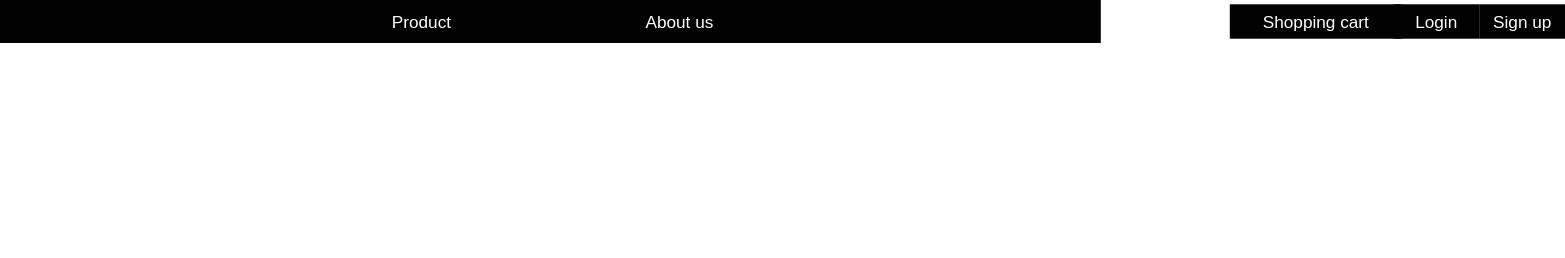
Repository: AXNTROYUANXD/E-Commerce-Website
Page: http://localhost/jspServlet/
An editor plug-in stored every save of this project. The page is shown before and after the next save, followed by the edit.
The browser window is 1280 px wide. The page is 1820 px wide, so the pictures cover 1820 px, including what lies to the right of the window. The pictures show the whole page, at 86% of full size.
The page is served by Tomcat 9.

Above is the page before, as saved 2020-07-01 09:26:37.

After the next save:
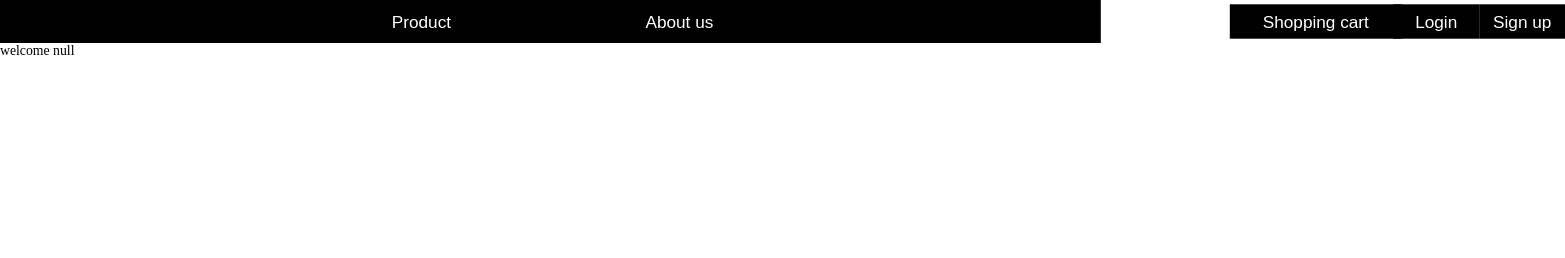
Saved 102 s later.
--- a/D&B2 BACKEND Oct 21 FINAL/BACKEND/jspServlet/WebRoot/homepage.jsp
+++ b/D&B2 BACKEND Oct 21 FINAL/BACKEND/jspServlet/WebRoot/homepage.jsp
@@ -92,11 +92,9 @@
 	<a href="shoppingcart.jsp">
 	<button class="button5">Shopping cart</button>
 	</a>
-
-	<% String username = (String)session.getAttribute("username"); %>
+		</header>
+		<% String username = (String)session.getAttribute("username"); %>
 	   welcome <%= username %>
-
-		</header>
 	    <form action="" class="parent">
 </form>
 </body>

After the save that followed:
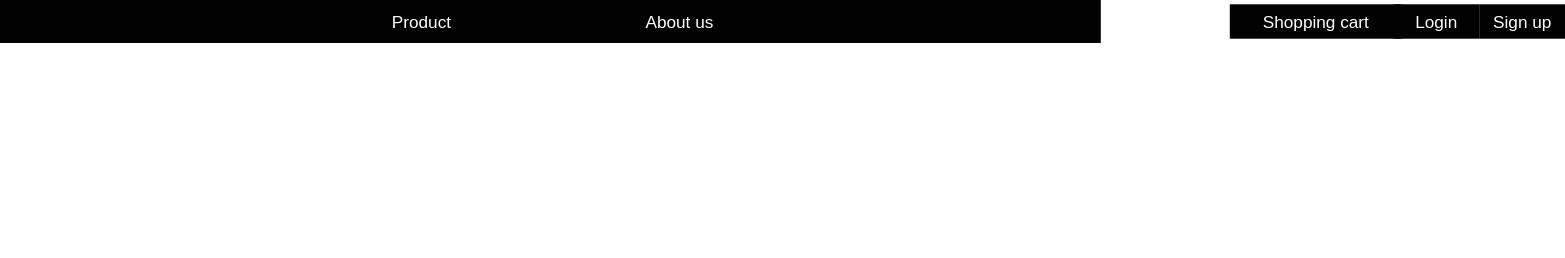
Saved 111 s later.
--- a/D&B2 BACKEND Oct 21 FINAL/BACKEND/jspServlet/WebRoot/homepage.jsp
+++ b/D&B2 BACKEND Oct 21 FINAL/BACKEND/jspServlet/WebRoot/homepage.jsp
@@ -93,8 +93,6 @@
 	<button class="button5">Shopping cart</button>
 	</a>
 		</header>
-		<% String username = (String)session.getAttribute("username"); %>
-	   welcome <%= username %>
 	    <form action="" class="parent">
 </form>
 </body>
